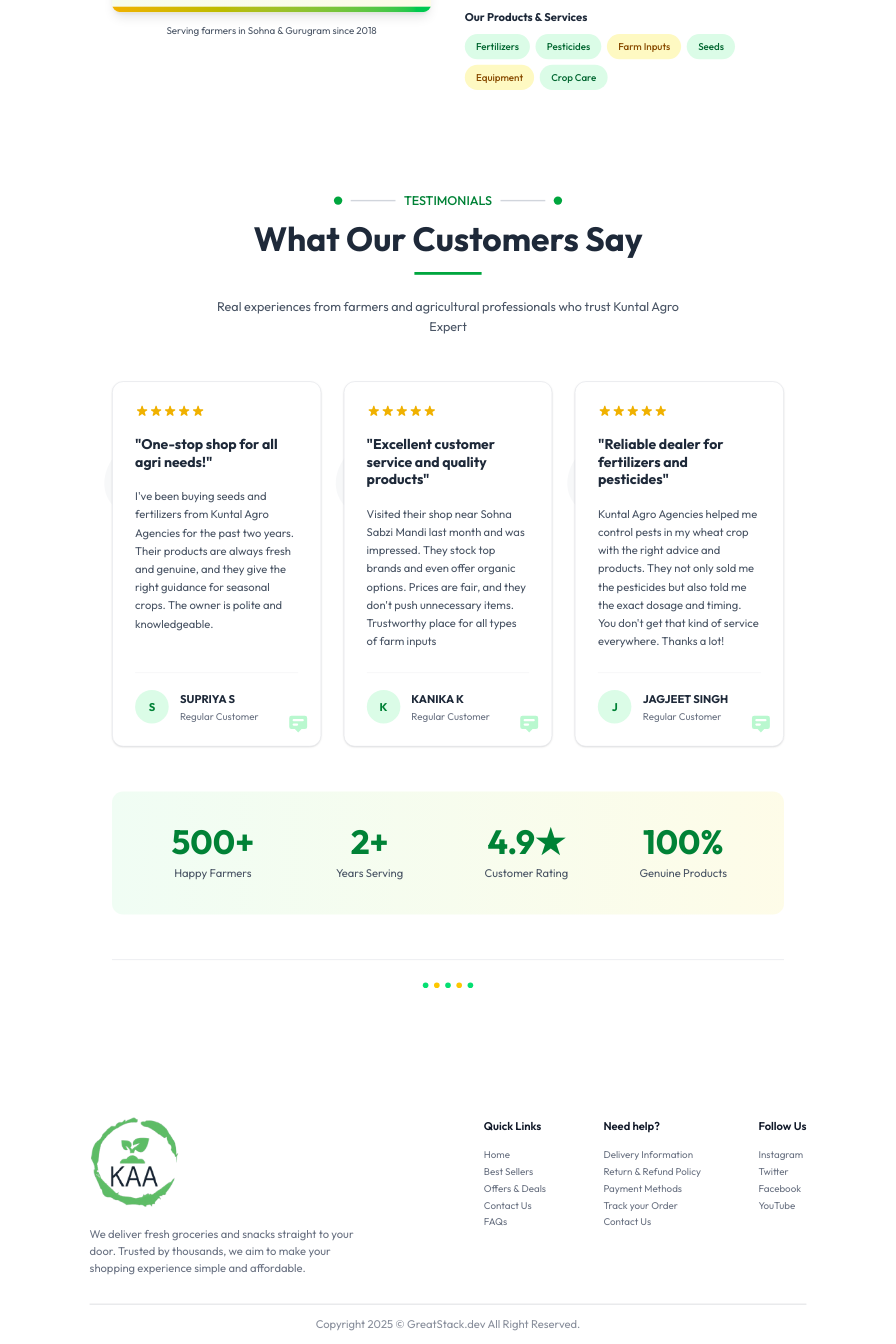
Repository: deepak445566/agro
Page: / (app in client/)
An editor plug-in stored every save of this project. The page is shown before and after the next save, followed by the edit.
The browser window is 1280 px wide. The pictures show the part of the page from y = 1371 to 3291 px (the page is 3291 px tall before and 3250 px after), at 70% of full size.
The page's requests for data from a server got no answer. Some web fonts or font styles are not loaded; a fallback is used. The project was rebuilt for these pictures with package versions that can differ from the ones it lists, and the page was loaded fresh each time. No one was signed in, and anything a server would have sent is missing. Also part of the build but not shown: client/vite.config.js, client/src/components/ProductCard.jsx, client/src/components/BottomBanner.jsx, client/src/components/NewsLetter.jsx, client/src/components/Login.jsx, client/src/pages/AllProduct.jsx, client/src/pages/Productcato.jsx, client/src/pages/ProductDetail.jsx and 9 more.

Above is the page before, as saved 2025-12-16 12:44:34.

### client/index.html
<!doctype html>
<html lang="en">
  <head>
    <meta charset="UTF-8" />
    <link rel="icon" type="image/svg+xml" href="/favicon.svg" />
    <meta name="viewport" content="width=device-width, initial-scale=1.0" />
    <title>Grocery</title>
  </head>
  <body>
    <div id="root"></div>
    <script type="module" src="/src/main.jsx"></script>
  </body>
</html>

### client/src/main.jsx
import { StrictMode } from 'react'
import { createRoot } from 'react-dom/client'
import './index.css'
import App from './App.jsx'
import {BrowserRouter} from 'react-router-dom'
import { AppContextProvider } from './context/AppContext.jsx'


createRoot(document.getElementById('root')).render(
  <BrowserRouter>
  <AppContextProvider>
    <App />
    </AppContextProvider>
 </BrowserRouter>,
)

### client/src/index.css



@import url('https://fonts.googleapis.com/css2?family=Anton&family=Archivo+Black&family=Bebas+Neue&family=Bungee&family=Exo+2:ital,wght@0,100..900;1,100..900&family=Frijole&family=Kaushan+Script&family=Lilita+One&family=Mozilla+Headline:wght@200..700&family=Outfit:wght@100..900&family=Poppins:ital,wght@0,100;0,200;0,300;0,400;0,500;0,600;0,700;0,800;0,900;1,100;1,200;1,300;1,500;1,600;1,700;1,800;1,900&family=Rowdies:wght@300;400;700&family=Signika+Negative:wght@300..700&display=swap');

@import "tailwindcss";

*{
  font-family: "Outfit", sans-serif;
}
@theme {
  --color-primary:#4fbf8b;
  --color-primary-dull: #44ae7c;
}

### client/src/App.jsx
import React from 'react'
import Navbar from './components/Navbar'
import Home from './pages/Home'
import { Route, Routes, useLocation } from 'react-router-dom'
import { Toaster } from 'react-hot-toast';
import Footer from './components/Footer';
import { useAppContext } from './context/AppContext';
import Login from './components/Login';
import AllProduct from './pages/AllProduct';
import Productcato from './pages/Productcato';
import ProductDetail from './pages/ProductDetail';
import Cart from './pages/Cart';
import Addaddress from './components/Addaddress';
import Myorders from './pages/Myorders';
import SellerLogin from './components/seller/SellerLogin';
import SellerLayout from './pages/seller/SellerLayout';
import Addproduct from './pages/seller/Addproduct';
import ProductList from './pages/seller/ProductList';
import Order from './pages/seller/Order';
import Loading from './components/Loading';

function App() {

  const isSellerPath = useLocation().pathname.includes("seller");
const {showLogin,isSeller} =useAppContext();


  return (
  <>
  <div className='text-default min-h-screen text-gray-700 bg-white'>
{isSellerPath ? null : <Navbar/>}
{showLogin ? <Login/> : null}
<Toaster></Toaster>
<div className={` ${isSellerPath ? " ":"px-6 md:px-16 lg:px-24 xl:px-32" }`}>
  <Routes>
    <Route path='/' element={<Home/>}/>
    <Route path='/products' element={<AllProduct/>}/>
    <Route path='/products/:category' element={<Productcato/>}/>
    <Route path='/products/:category/:id' element={<ProductDetail/>}/>
  <Route path='/cart' element={<Cart/>}/>
  <Route path='/add-address' element={<Addaddress/>}/>
  <Route path='/myOrders' element={<Myorders/>}/>
<Route path="/loader" element={<Loading/>}/>



  <Route path='/seller' element={isSeller?<SellerLayout/> :<SellerLogin/>}>
  <Route index element={isSeller?<Addproduct/>:null} />
<Route path='product-list' element={isSeller?<ProductList/>:null} />
<Route path='orders' element={<Order/>}/>



  </Route>


  </Routes>
</div>
 {!isSellerPath && <Footer />}
</div>
  </>
  )
}

export default App

### client/src/context/AppContext.jsx
import { createContext, useContext, useEffect, useState } from "react";
import { useNavigate } from "react-router-dom";

import toast from "react-hot-toast";
import axios from "axios";


axios.defaults.withCredentials = true;
axios.defaults.baseURL = import.meta.env.VITE_BACKEND_URL;






export const AppContext = createContext();

export const AppContextProvider = ({ children }) => {
  const navigate = useNavigate();

  const [user, setUser] = useState(null);
  const [isSeller, setIsSeller] = useState(false);
  const [showLogin, setShowLogin] = useState(false);
  const [products, setProducts] = useState([]);
  const [cartItems, setCartItems] = useState({});
  const [search, setSearch] = useState({});

  //status//
const fetchSeller = async () => {
  try {
    const { data } = await axios.get("/api/seller/isauth");

    if (data.success) {
      setIsSeller(true);
      console.log("Seller authenticated:", data.seller);
    } else {
      setIsSeller(false);
      console.log("Seller not authenticated:", data.message);
    }
  } catch (error) {
    console.error("Error checking seller auth:", error);
    setIsSeller(false);
  }
};





  const fetchUser = async ()=>{
    try {
      const {data} = await axios.get('/api/user/isauth');
      if(data.success){
        setUser(data.user)
        setCartItems(data.user.cartItems)

      }
    } catch (error) {
      setUser(null)
    }
  }


  // Fetch products
  const fetchProducts = async () => {
   try{
const {data} = await axios.get("/api/product/list")
if(data.success){
  setProducts(data.products)
}else{
  toast.error(data.message)
}
   }catch(error){
toast.error(error.message)
   }
  };

  // Add to cart
  const addToCart = (itemId) => {
    let cartData = structuredClone(cartItems);
    if (cartData[itemId]) {
      cartData[itemId] += 1;
    } else {
      cartData[itemId] = 1;
    }
    setCartItems(cartData);
    console.log(cartItems);
    toast.success("Added to Cart");
  };

  // Update cart quantity
  const updateCart = (itemId, quantity) => {
    let cartData = structuredClone(cartItems);
    if (quantity <= 0) {
      delete cartData[itemId];
    } else {
      cartData[itemId] = quantity;
    }
    setCartItems(cartData);
  };

  // Remove product from cart completely
  const removeFromCart = (itemId) => {
    let cartData = structuredClone(cartItems);
    if (cartData[itemId]) {
      delete cartData[itemId];
      setCartItems(cartData);
      toast.success("Removed from Cart");
    }
  };

  const getcount = () => {
    let totalcount = 0;
    for (const item in cartItems) {
      totalcount += cartItems[item];
    }
    return totalcount;
  };

  const gettotal = () => {
    let totalAmount = 0;
    for (const itemId in cartItems) {
      let itemInfo = products.find((pro) => pro._id === itemId);
      if (itemInfo && cartItems[itemId] > 0) {
        totalAmount += itemInfo.offerPrice * cartItems[itemId]; // ✅ fixed property name
      }
    }
    return Math.floor(totalAmount * 100) / 100;
  };

  useEffect(() => {
    fetchSeller()
    fetchUser()
    fetchProducts()
  }, []);
//databasecrt items//
useEffect(()=>{
const updateCart = async () => {
  try {
    const { data } = await axios.post('/api/cart/update', {
      userId: user._id,   // make sure user object has _id
      cartItems
    });
    if (!data.success) {
      toast.error(data.message);
    }
  } catch (error) {
    toast.error(error.message);
  }
};

if(user){
  updateCart()
}


},[cartItems])



  const value = {
    navigate,
    user,
    setUser,
    isSeller,
    setIsSeller,
    showLogin,
    setShowLogin,
    products,
    addToCart,
    updateCart,
    removeFromCart, // ⬅ new function
    cartItems,
    search,
    setSearch,
    getcount,
    gettotal,
    axios,
    fetchProducts,
    setCartItems
  };

  return <AppContext.Provider value={value}>{children}</AppContext.Provider>;
};

// Custom hook
export const useAppContext = () => {
  return useContext(AppContext);
};

### client/src/pages/Home.jsx
import React from 'react'

import MainBanner from '../components/MainBanner'

import BestSeller from '../components/BestSeller'
import BottomBanner from '../components/BottomBanner'
import NewsLetter from '../components/NewsLetter'
import OurStory from '../components/OurStory'
import Reviews from '../components/Reviews'

export default function() {
  return (
   <>
   <div className='mt-10'>
    <MainBanner/>

    <BestSeller/>
    <OurStory/>
   <Reviews/>

   </div>
   </>
  )
}

### client/src/components/Footer.jsx
import React from 'react'
import { assets, footerLinks } from '../assets/assets'

function Footer() {
  return (
 <>
  <div className="px-6 md:px-16 lg:px-24 xl:px-32 mt-24">
            <div className="flex flex-col md:flex-row items-start justify-between gap-10 py-10 border-b border-gray-500/30 text-gray-500">
                <div>
                    <img className="w-34 md:w-32" src="/logo1.png" alt="dummyLogoColored" />
                    <p className="max-w-[410px] mt-6">We deliver fresh groceries and snacks straight to your door. Trusted by thousands, we aim to make your shopping experience simple and affordable.</p>
                </div>
                <div className="flex flex-wrap justify-between w-full md:w-[45%] gap-5 ">
                    {footerLinks.map((section, index) => (
                        <div key={index}>
                            <h3 className="font-semibold text-base text-gray-900 md:mb-5 mb-2">{section.title}</h3>
                            <ul className="text-sm space-y-1">
                                {section.links.map((link, i) => (
                                    <li key={i}>
                                        <a href={link.url} className="hover:underline transition">{link.text}</a>
                                    </li>
                                ))}
                            </ul>
                        </div>
                    ))}
                </div>
            </div>
            <p className="py-4 text-center text-sm md:text-base text-gray-500/80">
                Copyright 2025 © <a href="https://prebuiltui.com">GreatStack.dev</a> All Right Reserved.
            </p>
        </div>

 </>
  )
}

export default Footer

### client/src/components/MainBanner.jsx
import React from "react";
import { assets } from "../assets/assets";
import { Link } from "react-router-dom";

function MainBanner() {
  return (
    <div className="relative w-full">
      {/* Banner image */}
      <img
        src="/main1.png"
        alt="Main banner"
        className="w-full hidden md:block"
      />
      <img
        src={assets.main_banner_bg_sm}
        alt="Main banner mobile"
        className="w-full md:hidden"
      />

      {/* Overlay content */}
      <div className="absolute inset-0 flex flex-col justify-center md:items-start items-center px-6 md:px-16 mt-96 lg:mt-0 md:mt-0">


        {/* Buttons */}
        <div className="mt-66 flex flex-col md:flex-row items-center  md:justify-start gap-4">
          <Link
            to="/products"
            className="flex items-center gap-2 px-7 py-3 bg-green-500 hover:bg-green-600 text-white rounded-md transition"
          >
            Shop now
            <img
              src={assets.white_arrow_icon}
              alt="arrow"
              className="w-4 h-4"
            />
          </Link>


        </div>
      </div>
    </div>
  );
}

export default MainBanner;

### client/src/components/BestSeller.jsx
import React from "react";
import ProductCard from "./ProductCard";
import { useAppContext } from "../context/AppContext";

function BestSeller() {
  const { products } = useAppContext();

  return (
    <div className="mt-10">
      {/* Heading */}
      <p className="text-2xl md:text-3xl font-semibold mb-4">
        Best Seller
      </p>

      {/* Products Grid */}
      <div className="grid grid-cols-2 sm:grid-cols-3 md:grid-cols-4 lg:grid-cols-5 gap-4 lg:gap-6">
        {products
          .filter((item) => item.inStock)
          .slice(0, 5)
          .map((item) => (
            <ProductCard key={item._id} product={item} />
          ))}
      </div>
    </div>
  );
}

export default BestSeller;

### client/src/components/Reviews.jsx
import React from 'react';

const Reviews = () => {
  const testimonials = [
    {
      id: 1,
      quote: "One-stop shop for all agri needs!",
      content: "I've been buying seeds and fertilizers from Kuntal Agro Agencies for the past two years. Their products are always fresh and genuine, and they give the right guidance for seasonal crops. The owner is polite and knowledgeable.",
      author: "SUPRIYA S",
      rating: 5,
      decorativeNumber: "66"
    },
    {
      id: 2,
      quote: "Excellent customer service and quality products",
      content: "Visited their shop near Sohna Sabzi Mandi last month and was impressed. They stock top brands and even offer organic options. Prices are fair, and they don't push unnecessary items. Trustworthy place for all types of farm inputs",
      author: "KANIKA K",
      rating: 5,
      decorativeNumber: "66"
    },
    {
      id: 3,
      quote: "Reliable dealer for fertilizers and pesticides",
      content: "Kuntal Agro Agencies helped me control pests in my wheat crop with the right advice and products. They not only sold me the pesticides but also told me the exact dosage and timing. You don't get that kind of service everywhere. Thanks a lot!",
      author: "JAGJEET SINGH",
      rating: 5,
      decorativeNumber: "66"
    }
  ];

  const renderStars = (count) => {
    return [...Array(count)].map((_, i) => (
      <svg
        key={i}
        className="w-5 h-5 text-yellow-500 fill-current"
        viewBox="0 0 20 20"
      >
        <path d="M9.049 2.927c.3-.921 1.603-.921 1.902 0l1.07 3.292a1 1 0 00.95.69h3.462c.969 0 1.371 1.24.588 1.81l-2.8 2.034a1 1 0 00-.364 1.118l1.07 3.292c.3.921-.755 1.688-1.54 1.118l-2.8-2.034a1 1 0 00-1.175 0l-2.8 2.034c-.784.57-1.838-.197-1.539-1.118l1.07-3.292a1 1 0 00-.364-1.118L2.98 8.72c-.783-.57-.38-1.81.588-1.81h3.461a1 1 0 00.951-.69l1.07-3.292z" />
      </svg>
    ));
  };

  return (
    <div className="bg-white text-black min-h-screen py-12 px-4 md:px-8">
      <div className="max-w-6xl mx-auto">

        {/* Header Section */}
        <header className="text-center mb-16">
          <div className="inline-flex items-center justify-center mb-4">
            <div className="w-3 h-3 bg-green-600 rounded-full"></div>
            <div className="w-16 h-0.5 bg-gray-300 mx-3"></div>
            <div className="text-lg font-medium text-green-700">TESTIMONIALS</div>
            <div className="w-16 h-0.5 bg-gray-300 mx-3"></div>
            <div className="w-3 h-3 bg-green-600 rounded-full"></div>
          </div>

          <h1 className="text-4xl md:text-5xl font-bold text-gray-800 mb-6">
            What Our Customers Say
          </h1>

          <div className="w-24 h-1 bg-green-600 mx-auto mb-8"></div>

          <p className="text-gray-600 text-lg max-w-2xl mx-auto">
            Real experiences from farmers and agricultural professionals who trust Kuntal Agro Expert
          </p>
        </header>

        {/* Testimonials Grid */}
        <div className="grid grid-cols-1 md:grid-cols-3 gap-8 mb-16">
          {testimonials.map((testimonial) => (
            <div
              key={testimonial.id}
              className="relative group"
            >
              {/* Decorative Number Background */}
              <div className="absolute -top-8 -left-4 text-[180px] md:text-[200px] font-bold text-gray-100 opacity-60 group-hover:opacity-40 transition-opacity duration-300 z-0">
                {testimonial.decorativeNumber}
              </div>

              {/* Testimonial Card */}
              <div className="relative bg-white border border-gray-200 rounded-2xl p-8 shadow-sm hover:shadow-lg transition-shadow duration-300 z-10 h-full flex flex-col">

                {/* Rating Stars */}
                <div className="flex mb-6">
                  {renderStars(testimonial.rating)}
                </div>

                {/* Quote */}
                <h3 className="text-xl font-bold text-gray-800 mb-6 leading-tight">
                  "{testimonial.quote}"
                </h3>

                {/* Content */}
                <p className="text-gray-600 mb-8 flex-grow leading-relaxed">
                  {testimonial.content}
                </p>

                {/* Author */}
                <div className="pt-6 border-t border-gray-100">
                  <div className="flex items-center">
                    {/* Avatar Placeholder */}
                    <div className="w-12 h-12 rounded-full bg-green-100 flex items-center justify-center mr-4">
                      <span className="text-green-700 font-bold">
                        {testimonial.author.charAt(0)}
                      </span>
                    </div>
                    <div>
                      <div className="font-bold text-gray-800">
                        {testimonial.author}
                      </div>
                      <div className="text-sm text-gray-500 mt-1">
                        Regular Customer
                      </div>
                    </div>
                  </div>
                </div>

                {/* Decorative Corner */}
                <div className="absolute bottom-4 right-4 text-green-200">
                  <svg className="w-8 h-8" fill="currentColor" viewBox="0 0 20 20">
                    <path fillRule="evenodd" d="M18 13V5a2 2 0 00-2-2H4a2 2 0 00-2 2v8a2 2 0 002 2h3l3 3 3-3h3a2 2 0 002-2zM5 7a1 1 0 011-1h8a1 1 0 110 2H6a1 1 0 01-1-1zm1 3a1 1 0 100 2h3a1 1 0 100-2H6z" clipRule="evenodd" />
                  </svg>
                </div>
              </div>
            </div>
          ))}
        </div>

        {/* Stats Section */}
        <div className="bg-gradient-to-r from-green-50 to-yellow-50 rounded-2xl p-8 md:p-12 mb-16">
          <div className="grid grid-cols-2 md:grid-cols-4 gap-8">
            <div className="text-center">
              <div className="text-4xl md:text-5xl font-bold text-green-700 mb-2">500+</div>
              <div className="text-gray-600">Happy Farmers</div>
            </div>
            <div className="text-center">
              <div className="text-4xl md:text-5xl font-bold text-green-700 mb-2">2+</div>
              <div className="text-gray-600">Years Serving</div>
            </div>
            <div className="text-center">
              <div className="text-4xl md:text-5xl font-bold text-green-700 mb-2">4.9★</div>
              <div className="text-gray-600">Customer Rating</div>
            </div>
            <div className="text-center">
              <div className="text-4xl md:text-5xl font-bold text-green-700 mb-2">100%</div>
              <div className="text-gray-600">Genuine Products</div>
            </div>
          </div>
        </div>



        {/* Decorative Bottom Border */}
        <div className="mt-16 pt-8 border-t border-gray-200">
          <div className="flex justify-center">
            <div className="flex space-x-2">
              <div className="w-2 h-2 rounded-full bg-green-400"></div>
              <div className="w-2 h-2 rounded-full bg-yellow-400"></div>
              <div className="w-2 h-2 rounded-full bg-green-400"></div>
              <div className="w-2 h-2 rounded-full bg-yellow-400"></div>
              <div className="w-2 h-2 rounded-full bg-green-400"></div>
            </div>
          </div>
        </div>
      </div>
    </div>
  );
};

export default Reviews;

Loaded but not shown: client/src/assets/assets.js (194 lines, source omitted); client/src/components/OurStory.jsx (171 lines, source omitted); client/src/components/Navbar.jsx (280 lines, source omitted)

After the next save:
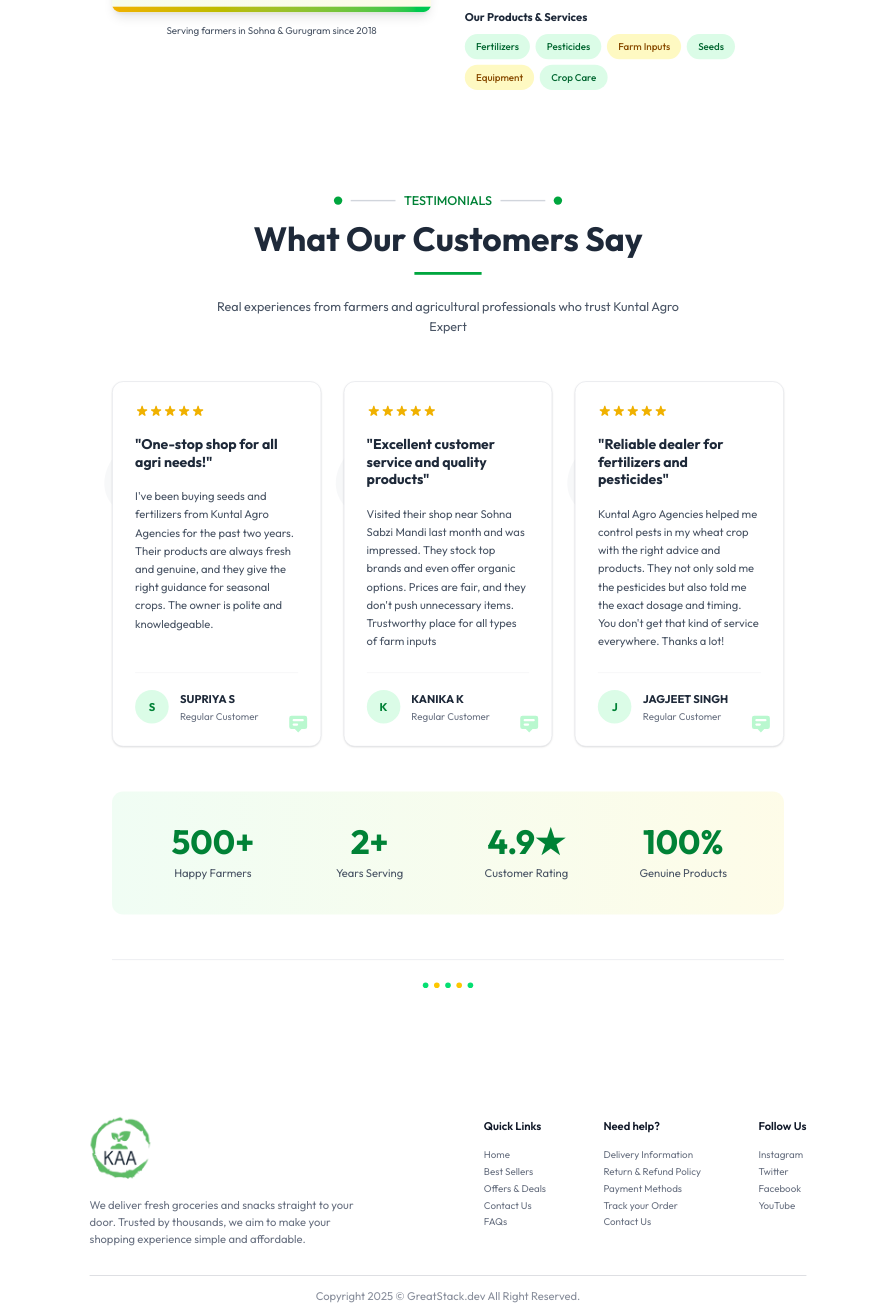
Saved 7 s later.
--- a/client/src/components/Footer.jsx
+++ b/client/src/components/Footer.jsx
@@ -7,7 +7,7 @@
   <div className="px-6 md:px-16 lg:px-24 xl:px-32 mt-24">
             <div className="flex flex-col md:flex-row items-start justify-between gap-10 py-10 border-b border-gray-500/30 text-gray-500">
                 <div>
-                    <img className="w-34 md:w-32" src="/logo1.png" alt="dummyLogoColored" />
+                    <img className="w-34 md:w-22" src="/logo1.png" alt="dummyLogoColored" />
                     <p className="max-w-[410px] mt-6">We deliver fresh groceries and snacks straight to your door. Trusted by thousands, we aim to make your shopping experience simple and affordable.</p>
                 </div>
                 <div className="flex flex-wrap justify-between w-full md:w-[45%] gap-5 ">
